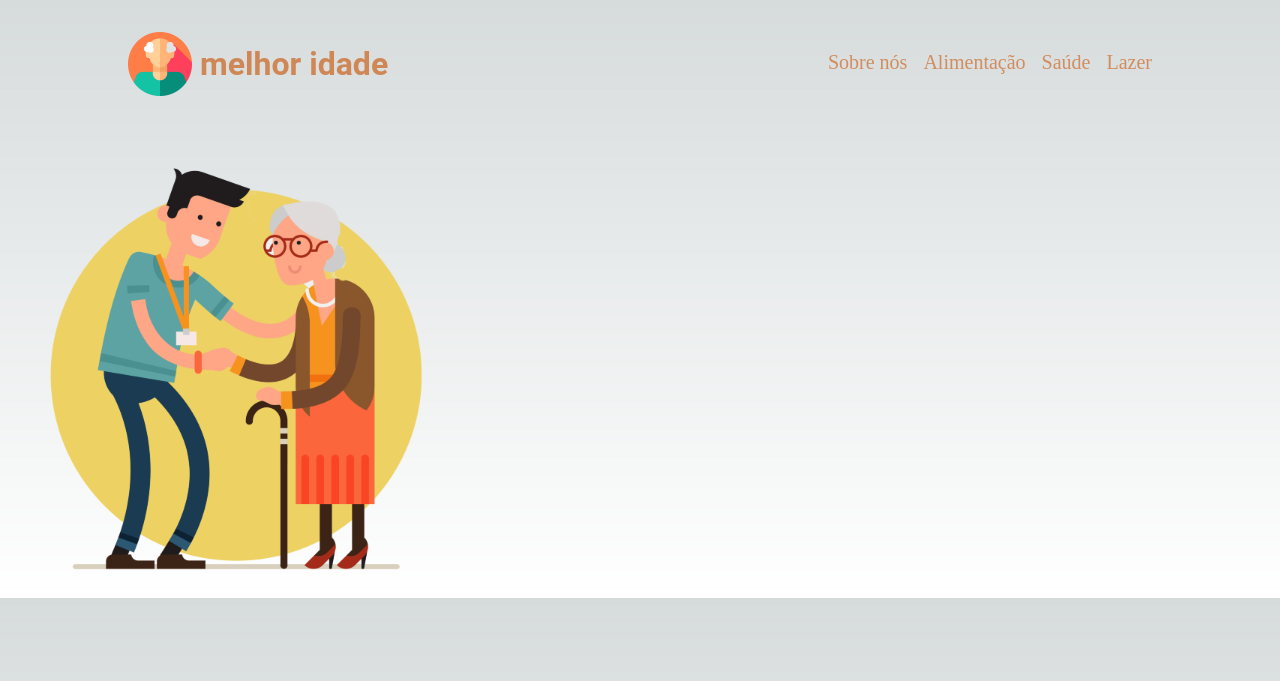
Repository: Giopol12/melhor-idade-online
Page: /home
These files come from the project's save history. The page is drawn as it stood at one moment and after the next save; the edit follows.
The browser window is 1280 px wide. The pictures show the whole page.
The project was rebuilt for these pictures with package versions that can differ from the ones it lists, and the page was loaded fresh each time. The framework's server and built-in components were replaced by stand-ins that run in the browser. Also part of the build but not shown: next.config.js.

Above is the page before, as saved 2023-11-12 14:57:05.

### src/pages/home/index.tsx
import { Header } from '@/components/Header'
import { Container } from './styles'
import { HomeMain } from './HomeMain'

export default function Home() {
  return (
    <Container>
      <Header />
      <HomeMain />
    </Container>
  )
}

### src/components/Header/index.tsx
import Image from 'next/image'
import { HeaderContainer, LogoContainer, NavContainer } from './styles'

import logo2 from '../../../assets/logo2.png'
import Link from 'next/link'

export function Header() {
  return (
    <HeaderContainer>
      <LogoContainer href="/">
        <Image src={logo2} width={64} alt="logo" quality={100} />
        <strong>melhor idade</strong>
      </LogoContainer>

      <NavContainer>
        <Link href={'/nutrition'}>Sobre nós</Link>
        <Link href="/">Alimentação</Link>
        <Link href="/">Saúde</Link>
        <Link href="/">Lazer</Link>
      </NavContainer>
    </HeaderContainer>
  )
}

### src/pages/home/styles.ts
import { styled } from '@/styles'

export const Container = styled('div', {
  maxWidth: '1440px',
  margin: '0 auto',
})

### src/pages/home/HomeMain/index.tsx
import Image from 'next/image'
import { HomeMainContainer } from './styles'

import mainImg from '../../../../assets/main-image.png'

export function HomeMain() {
  return (
    <HomeMainContainer>
      <Image src={mainImg} width={450} alt="" />
    </HomeMainContainer>
  )
}

### src/components/Header/styles.ts
import { styled } from '@/styles'
import Link from 'next/link'

export const HeaderContainer = styled('header', {
  maxWidth: 1024,
  margin: '2rem auto',
  display: 'flex',
  justifyContent: 'space-between',
  alignItems: 'center',
})
export const LogoContainer = styled(Link, {
  fontFamily: 'Roboto, sans-serif',
  display: 'flex',
  alignItems: 'center',
  gap: '0.5rem',
  fontWeight: 900,
  fontSize: '2rem',
  textDecoration: 'none',
  color: '$beije500',
})
export const NavContainer = styled('div', {
  display: 'flex',
  gap: '1rem',
  a: {
    textDecoration: 'none',
    color: '$beije400',
    fontSize: '$lg',
    borderBottom: '3px solid transparent',
    '&:hover': {
      borderBottom: '3px solid $beije500',
    },
  },
})

### src/styles/index.ts
import { createStitches } from '@stitches/react'
export const {
  config,
  createTheme,
  css,
  getCssText,
  globalCss,
  keyframes,
  prefix,
  reset,
  styled,
  theme,
} = createStitches({
  theme: {
    colors: {
      white: '#FFF',

      beije100: '#FFFBF4',
      beije400: '#D18D5E',
      beije500: '#CE8755',
      gray700: '#21201F',
      gray900: '#010101',
      green100: '#CDE693',
    },

    fontSizes: {
      md: '1.125rem',
      lg: '1.25rem',
      xl: '1.5rem',
      '2xl': '2rem',
    },
  },
})

### src/pages/home/HomeMain/styles.ts
import { styled } from '@/styles'

export const HomeMainContainer = styled('main', {
  marginTop: '3rem',
})

Loaded but not shown: src/pages/_app.tsx (common file); src/pages/_document.tsx (common file); src/styles/globals.css (common file)

After the next save:
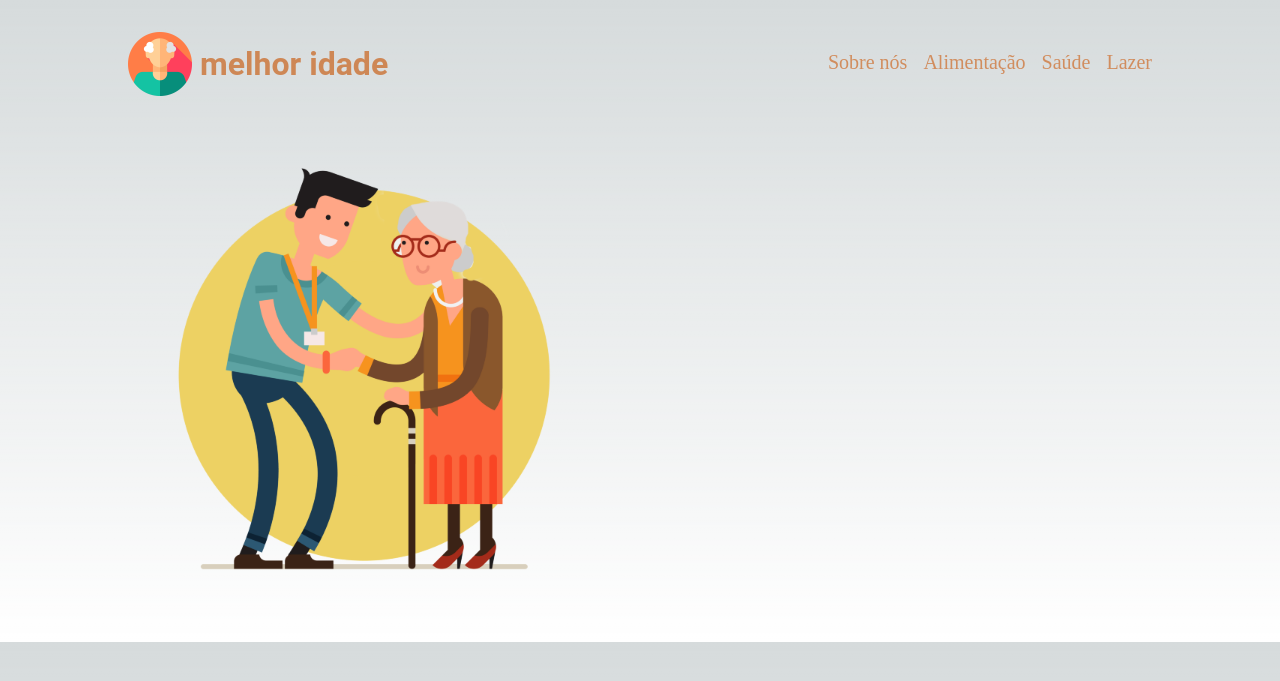
Saved 46 min 18 s later.
--- a/src/pages/home/HomeMain/styles.ts
+++ b/src/pages/home/HomeMain/styles.ts
@@ -1,5 +1,9 @@
 import { styled } from '@/styles'
 
 export const HomeMainContainer = styled('main', {
-  marginTop: '3rem',
+  maxWidth: 1024,
+  margin: '3rem auto',
+  display: 'flex',
+  justifyContent: 'space-between',
+  alignItems: 'center',
 })
